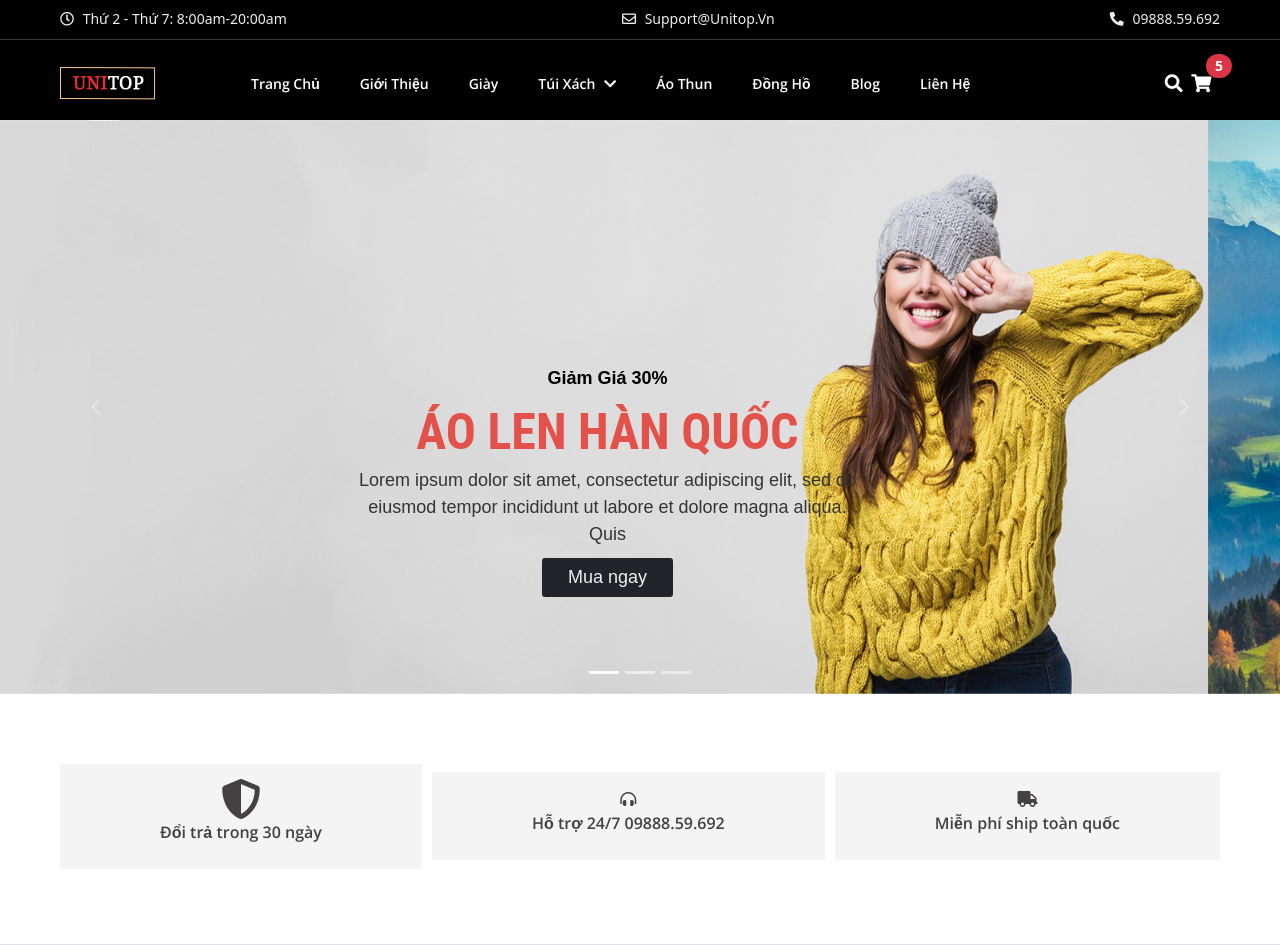
Repository: vinhtk0209/clothes-shop
Page: index.html
An editor plug-in stored every save of this project. The page is shown before and after a run of saves, followed by the edit.
The browser window is 1280 px wide. The pictures show the whole page.

Above is the page before, as saved 2021-10-04 17:33:06.

After the next 2 saves:
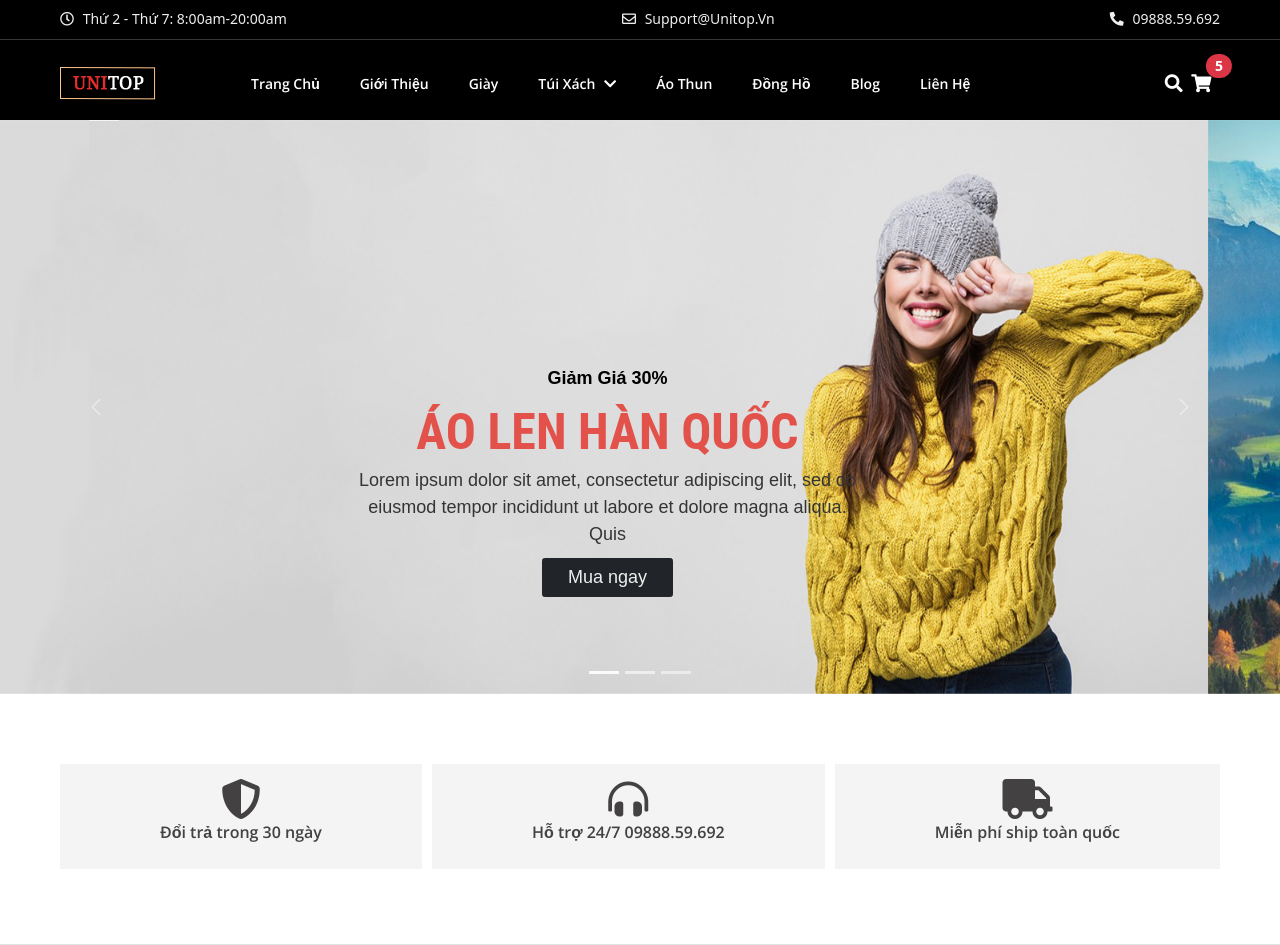
The 2 saves are shown as one change because they came seconds apart.
The last was saved 25 s later.
--- a/index.html
+++ b/index.html
@@ -242,7 +242,7 @@
           <div class="special__offer--support-phone box-offer">
             <span class="icon-return-time d-block ">
               <!-- icon headphone  -->
-              <i class="fas fa-headphones-alt"></i>
+              <i class="fas fa-headphones-alt fs-40"></i>
 
             </span>
             <p class="special__offer--descr m-0 ">
@@ -253,7 +253,7 @@
           <div class="special__offer--freeship box-offer">
             <span class="icon-return-time d-block ">
               <!-- icon truck  -->
-              <i class="fas fa-truck"></i>
+              <i class="fas fa-truck fs-40"></i>
             </span>
             <p class="special__offer--descr m-0 ">
               Miễn phí ship toàn quốc
